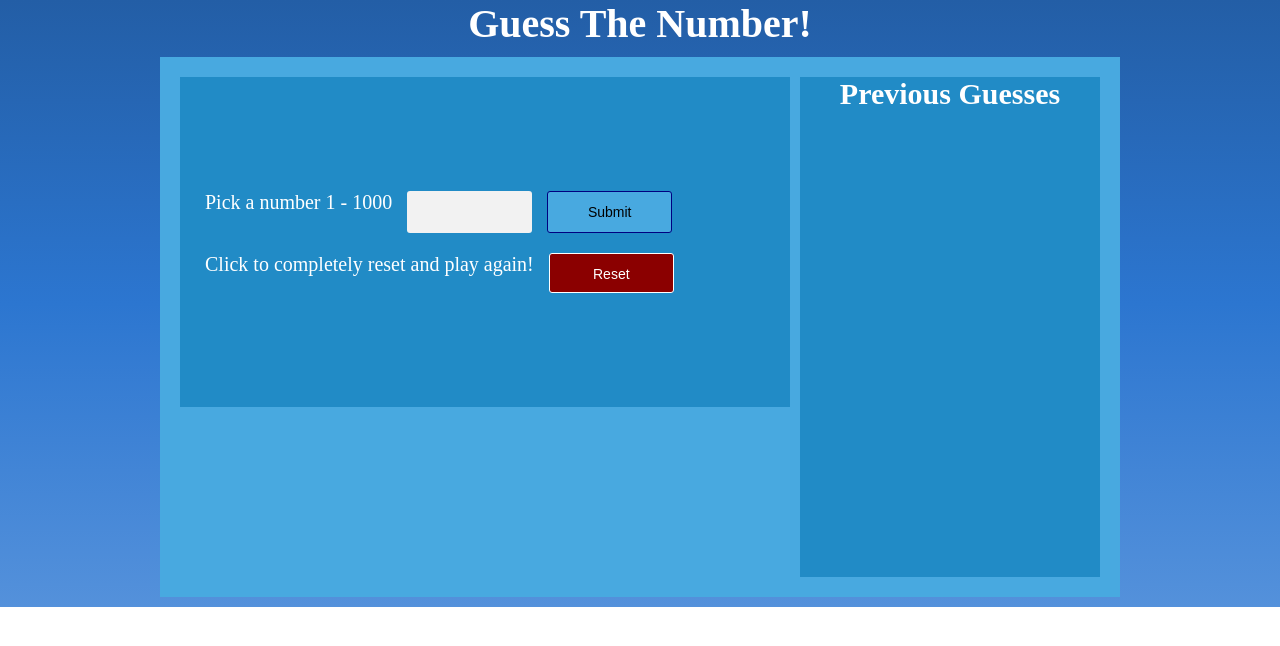
Repository: mlmEFSC21/P15-Modified-Guessing-Game
Page: guess.html
These files come from the project's save history. The page is drawn as it stood at one moment and after a run of saves; the edit follows.
The browser window is 1280 px wide. The pictures show the whole page.

Above is the page before, as saved 2022-03-21 21:38:18.

After the next 3 saves:
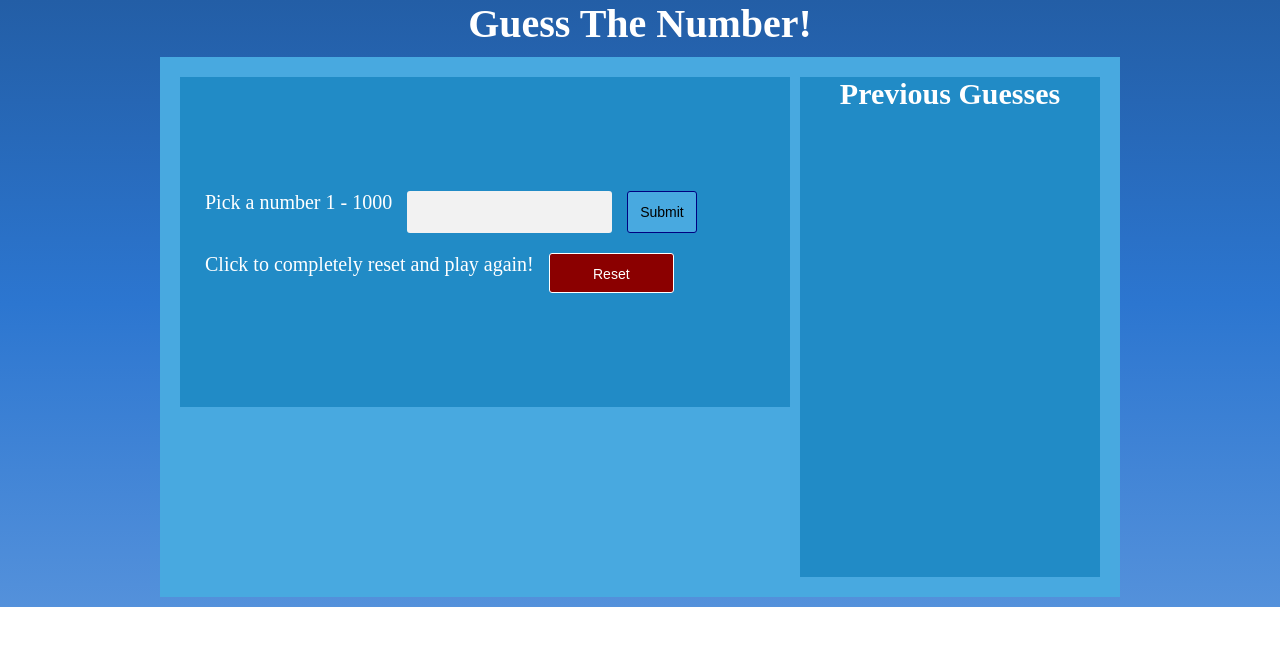
The 3 saves are shown as one change because they came seconds apart.
The last was saved 7 s later.
--- a/guess.css
+++ b/guess.css
@@ -71,7 +71,7 @@ input {
     background: #f2f2f2;
     padding: 12px;
     border-radius: 3px;
-    width: 125px;
+    /* width: 125px; */
     /* height: 40px; */
     outline: none;
     font-size: 14px;
